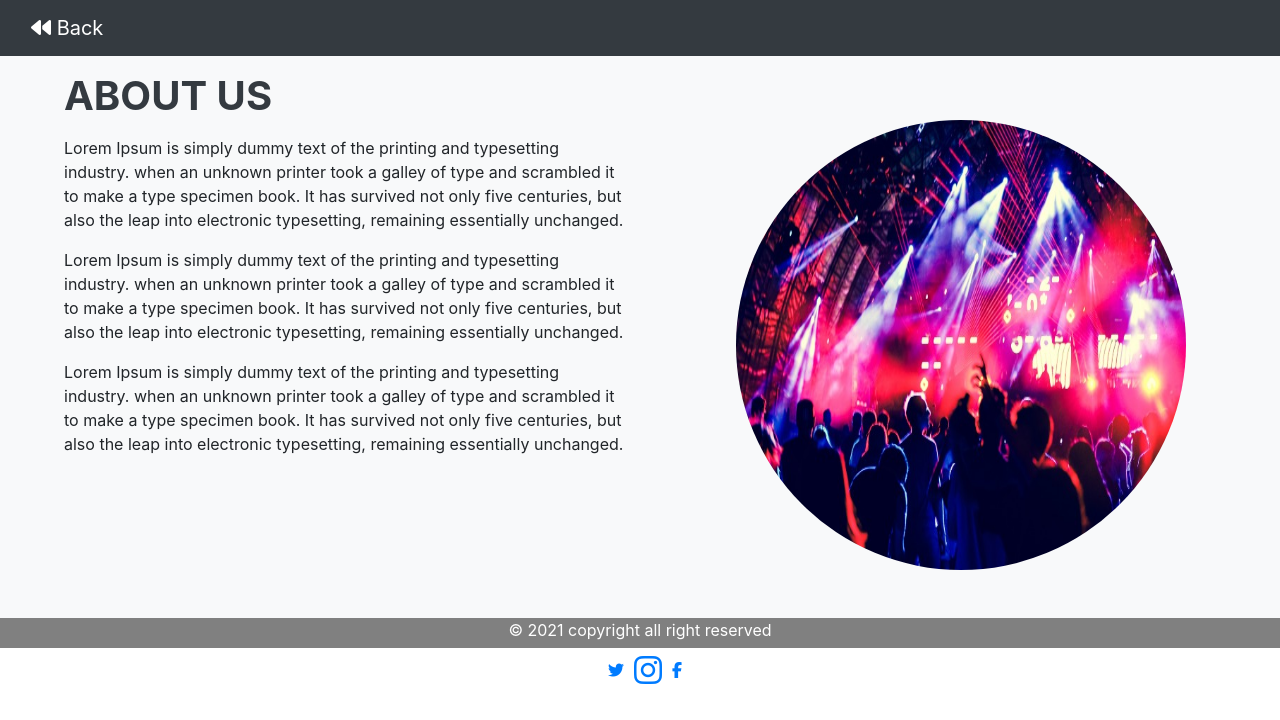
Repository: kalaprabhakar/Event_Management
Page: http://localhost/Event_Management_System/WEB-INF/pages/aboutus.jsp
The author's editor kept a copy of each file at every save. The page is drawn from the files as they stood at one save, then again after the next save.
The browser window is 1280 px wide. The pictures show the whole page.
Some web libraries are served in a nearby version. The page is served by Tomcat 10. Nobody is signed in. Other server files are loaded and not shown. The template is opened directly, without the code that normally fills it, so the values that code supplies are empty.

Above is the page before, as saved 2024-05-13 11:30:58.

### Hyscaler/Event_Management_System/src/main/webapp/WEB-INF/pages/aboutus.jsp

<jsp:include page="includes/header.jsp" />
<nav class="navbar navbar-expand-md navbar-dark fixed-top bg-dark">
    <div class="container-fluid">
      <a class="navbar-brand" href="./"><i class="fas fa-backward"></i> Back</a>
      <button class="navbar-toggler" type="button" data-bs-toggle="collapse" data-bs-target="#navbarCollapse" aria-controls="navbarCollapse" aria-expanded="false" aria-label="Toggle navigation">
        <span class="navbar-toggler-icon"></span>
      </button>
     </div>
  </nav>

<!-- About  -->
<section class="about-section bg-light p-5" >
            <div class="row">
                <div class="col-md-12 col-lg-6 col-sm-12 mt-4">
                    <h1 class="ml-3 mb-3 font-weight-bold text-dark">ABOUT US</h1>
                    <p class="title-para ml-3">Lorem Ipsum is simply dummy text of the printing and typesetting industry. when an unknown printer took a galley of type and scrambled it to make a type specimen book. It has survived not only five centuries, but also the leap into electronic typesetting, remaining essentially unchanged. </p>
                    <p class="title-para ml-3">Lorem Ipsum is simply dummy text of the printing and typesetting industry. when an unknown printer took a galley of type and scrambled it to make a type specimen book. It has survived not only five centuries, but also the leap into electronic typesetting, remaining essentially unchanged. </p>
                    <p class="title-para ml-3">Lorem Ipsum is simply dummy text of the printing and typesetting industry. when an unknown printer took a galley of type and scrambled it to make a type specimen book. It has survived not only five centuries, but also the leap into electronic typesetting, remaining essentially unchanged. </p>
                </div>
                <div class="col-md-12 col-lg-6 col-sm-12 d-flex mt-4 pl-5">
                    <img width="450px" height="450px" src="images/hall.jpeg" class="rounded-circle text-center ml-5 mt-5">
                </div>
            </div>
 </section>


<jsp:include page="includes/footer.jsp" />

### Hyscaler/Event_Management_System/src/main/webapp/WEB-INF/pages/includes/header.jsp

<%@ page language="java" contentType="text/html; charset=ISO-8859-1"
	pageEncoding="ISO-8859-1"%>
<%@ taglib prefix="c" uri="http://java.sun.com/jsp/jstl/core"%>
<!DOCTYPE html>
<html>
<head>
<meta charset="ISO-8859-1">
<title>Event Management System</title>
<!--  Bootstrap CSS -->
<link rel="stylesheet"
	href="https://cdn.jsdelivr.net/npm/bootstrap@4.6.1/dist/css/bootstrap.min.css"
	integrity="sha384-zCbKRCUGaJDkqS1kPbPd7TveP5iyJE0EjAuZQTgFLD2ylzuqKfdKlfG/eSrtxUkn"
	crossorigin="anonymous">

<!-- FontAwesome -->
<link rel="stylesheet"
	href="https://pro.fontawesome.com/releases/v5.10.0/css/all.css" />
<link rel="stylesheet"
	href="https://cdnjs.cloudflare.com/ajax/libs/font-awesome/6.5.2/css/all.min.css"
	integrity="sha512-SnH5WK+bZxgPHs44uWIX+LLJAJ9/2PkPKZ5QiAj6Ta86w+fsb2TkcmfRyVX3pBnMFcV7oQPJkl9QevSCWr3W6A=="
	crossorigin="anonymous" referrerpolicy="no-referrer" />

<!-- Google Fonts -->
<link rel="preconnect" href="https://fonts.googleapis.com">
<link rel="preconnect" href="https://fonts.gstatic.com" crossorigin>
<link
	href="https://fonts.googleapis.com/css2?family=Poppins&display=swap"
	rel="stylesheet">

<!-- stylesheet -->

<script src="https://code.jquery.com/jquery-3.7.1.min.js"
	integrity="sha256-/JqT3SQfawRcv/BIHPThkBvs0OEvtFFmqPF/lYI/Cxo="
	crossorigin="anonymous"></script>


<script
	src="https://cdn.jsdelivr.net/npm/jquery@3.5.1/dist/jquery.slim.min.js"
	integrity="sha384-DfXdz2htPH0lsSSs5nCTpuj/zy4C+OGpamoFVy38MVBnE+IbbVYUew+OrCXaRkfj"
	crossorigin="anonymous"></script>
<script
	src="https://cdn.jsdelivr.net/npm/bootstrap@4.6.1/dist/js/bootstrap.bundle.min.js"
	integrity="sha384-fQybjgWLrvvRgtW6bFlB7jaZrFsaBXjsOMm/tB9LTS58ONXgqbR9W8oWht/amnpF"
	crossorigin="anonymous"></script>



</head>
<body>

### Hyscaler/Event_Management_System/src/main/webapp/WEB-INF/pages/includes/footer.jsp
<%@ page language="java" contentType="text/html; charset=ISO-8859-1"
    pageEncoding="ISO-8859-1"%>
<!DOCTYPE html>
<html>
<head>
<meta charset="ISO-8859-1">
<title>Insert title here</title>
<style>
.footer{

   width: 100%;
   height: 30px;
   background-color: gray;
   color: white;
   text-align: center;


}

.footer_social{

    display: flex;
   flex-direction: row-reverse;
   justify-content:center;
   text-align: center;

}
.footer_icon{
    margin-left: 10px;
}
</style>
</head>
<body>
<div class="footer">
 <p>&#169; 2021 copyright all right reserved</p>
                    <div class="footer_social">
                        <a href="#" class="footer_icon"><i class="fab fa-facebook-f"></i></a>
                        <a href="#" class="footer_icon"><i class="fab fa-instagram fa-2xl"></i></a>
                        <a href="#" class="footer_icon"><i class="fab fa-twitter"></i></a>
                    </div>



</div>

</body>
</html>

After the next save:
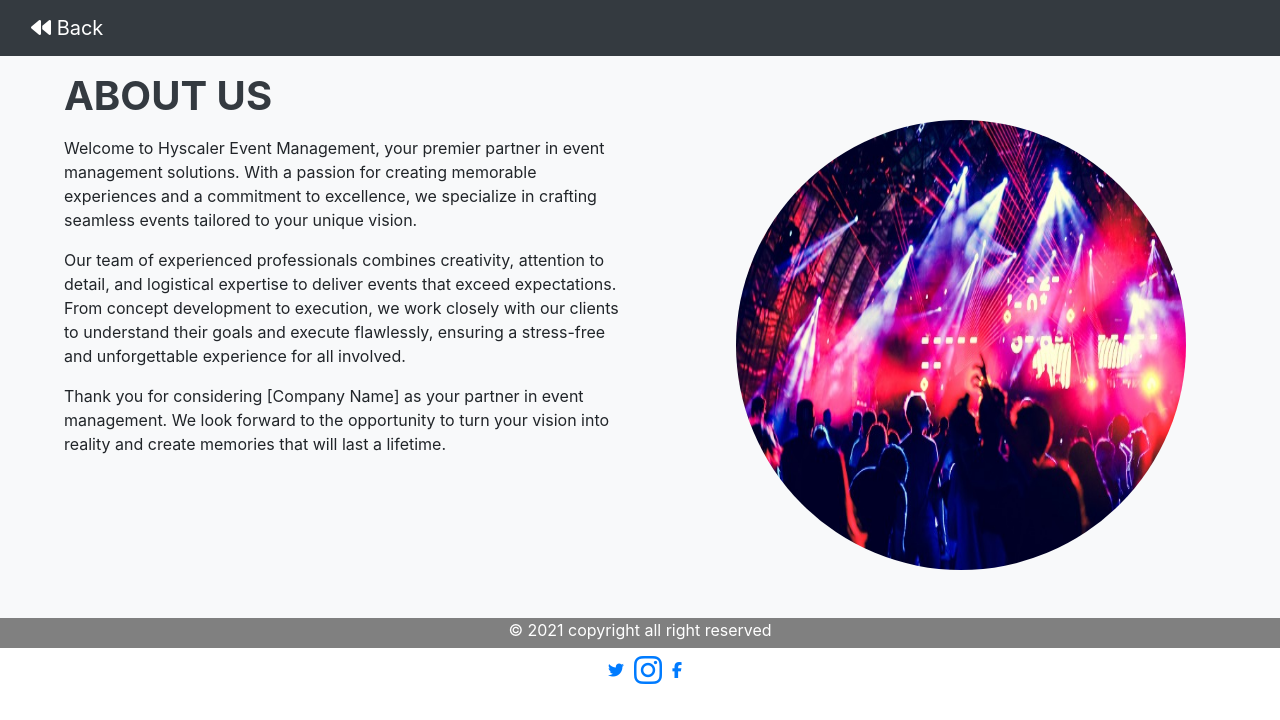
Saved 10 min 33 s later.
--- a/Hyscaler/Event_Management_System/src/main/webapp/WEB-INF/pages/aboutus.jsp
+++ b/Hyscaler/Event_Management_System/src/main/webapp/WEB-INF/pages/aboutus.jsp
@@ -1,28 +1,44 @@
 
 <jsp:include page="includes/header.jsp" />
 <nav class="navbar navbar-expand-md navbar-dark fixed-top bg-dark">
-    <div class="container-fluid">
-      <a class="navbar-brand" href="./"><i class="fas fa-backward"></i> Back</a>
-      <button class="navbar-toggler" type="button" data-bs-toggle="collapse" data-bs-target="#navbarCollapse" aria-controls="navbarCollapse" aria-expanded="false" aria-label="Toggle navigation">
-        <span class="navbar-toggler-icon"></span>
-      </button>
-     </div>
-  </nav>
+	<div class="container-fluid">
+		<a class="navbar-brand" href="./"><i class="fas fa-backward"></i>
+			Back</a>
+		<button class="navbar-toggler" type="button" data-bs-toggle="collapse"
+			data-bs-target="#navbarCollapse" aria-controls="navbarCollapse"
+			aria-expanded="false" aria-label="Toggle navigation">
+			<span class="navbar-toggler-icon"></span>
+		</button>
+	</div>
+</nav>
 
 <!-- About  -->
-<section class="about-section bg-light p-5" >
-            <div class="row">
-                <div class="col-md-12 col-lg-6 col-sm-12 mt-4">
-                    <h1 class="ml-3 mb-3 font-weight-bold text-dark">ABOUT US</h1>
-                    <p class="title-para ml-3">Lorem Ipsum is simply dummy text of the printing and typesetting industry. when an unknown printer took a galley of type and scrambled it to make a type specimen book. It has survived not only five centuries, but also the leap into electronic typesetting, remaining essentially unchanged. </p>
-                    <p class="title-para ml-3">Lorem Ipsum is simply dummy text of the printing and typesetting industry. when an unknown printer took a galley of type and scrambled it to make a type specimen book. It has survived not only five centuries, but also the leap into electronic typesetting, remaining essentially unchanged. </p>
-                    <p class="title-para ml-3">Lorem Ipsum is simply dummy text of the printing and typesetting industry. when an unknown printer took a galley of type and scrambled it to make a type specimen book. It has survived not only five centuries, but also the leap into electronic typesetting, remaining essentially unchanged. </p>
-                </div>
-                <div class="col-md-12 col-lg-6 col-sm-12 d-flex mt-4 pl-5">
-                    <img width="450px" height="450px" src="images/hall.jpeg" class="rounded-circle text-center ml-5 mt-5">
-                </div>
-            </div>
- </section>
+<section class="about-section bg-light p-5">
+	<div class="row">
+		<div class="col-md-12 col-lg-6 col-sm-12 mt-4">
+			<h1 class="ml-3 mb-3 font-weight-bold text-dark">ABOUT US</h1>
+			<p class="title-para ml-3">Welcome to Hyscaler Event Management,
+				your premier partner in event management solutions. With a passion
+				for creating memorable experiences and a commitment to excellence,
+				we specialize in crafting seamless events tailored to your unique
+				vision.</p>
+			<p class="title-para ml-3">Our team of experienced professionals
+				combines creativity, attention to detail, and logistical expertise
+				to deliver events that exceed expectations. From concept development
+				to execution, we work closely with our clients to understand their
+				goals and execute flawlessly, ensuring a stress-free and
+				unforgettable experience for all involved.</p>
+			<p class="title-para ml-3">Thank you for considering [Company
+				Name] as your partner in event management. We look forward to the
+				opportunity to turn your vision into reality and create memories
+				that will last a lifetime.</p>
+		</div>
+		<div class="col-md-12 col-lg-6 col-sm-12 d-flex mt-4 pl-5">
+			<img width="450px" height="450px" src="images/hall.jpeg"
+				class="rounded-circle text-center ml-5 mt-5">
+		</div>
+	</div>
+</section>
 
 
 <jsp:include page="includes/footer.jsp" />
